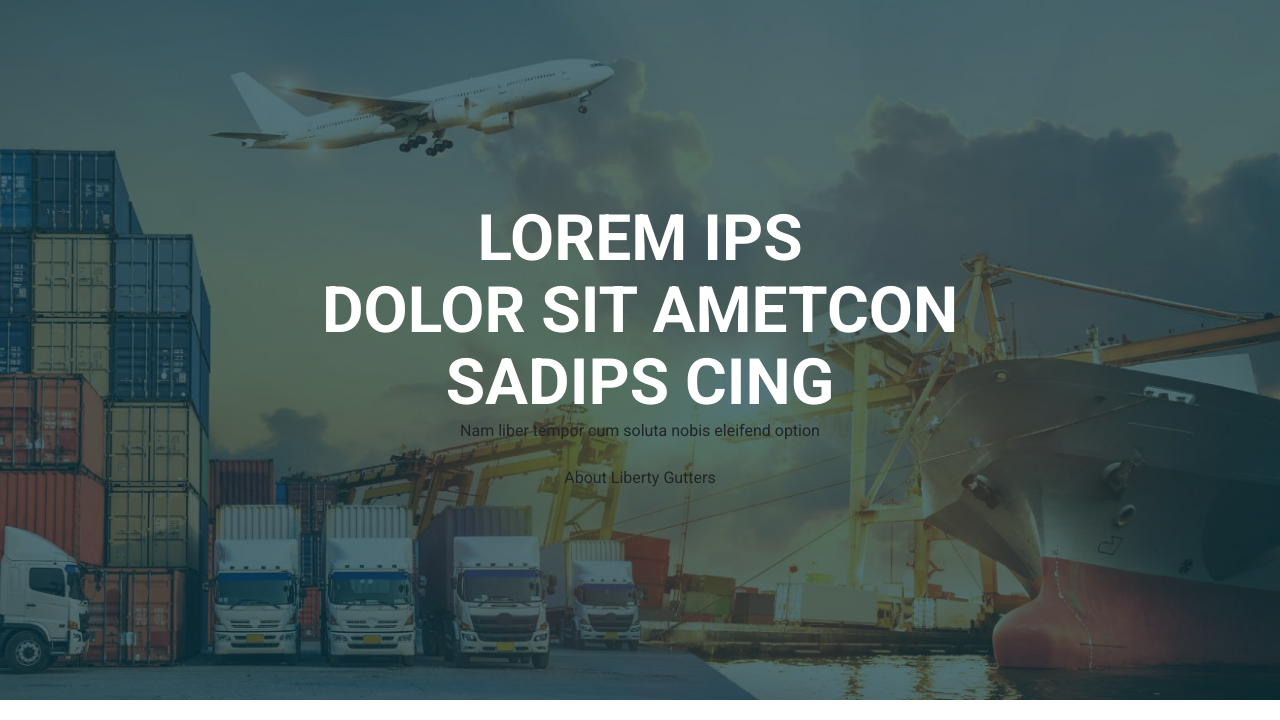
Repository: nazmulalok/shipping-template
Page: index.html
These files come from the project's save history. The page is drawn as it stood at one moment and after the next save; the edit follows.
The browser window is 1280 px wide. The pictures show the whole page.

Above is the page before, as saved 2022-10-03 01:19:54.

After the next save:
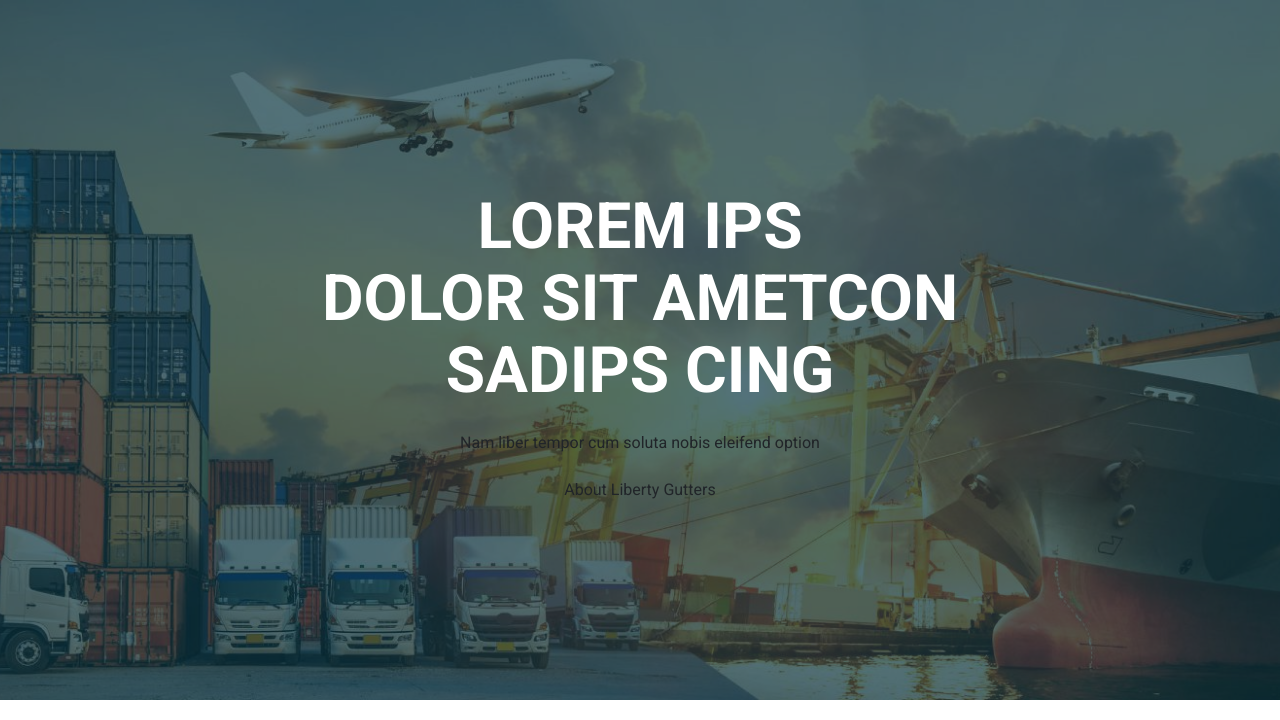
Saved 101 s later.
--- a/index.html
+++ b/index.html
@@ -23,7 +23,7 @@
                 <div class="container">
                     <div class="slide-content">
                         <div class="slide-text">
-                            <div class="slider-title">Lorem ips<br>
+                            <div class="slider-title mb-4">Lorem ips<br>
                                 dolor sit ametcon<br>
                                 sadips cing</div>
                             <p>Nam liber tempor cum soluta nobis eleifend option</p>
